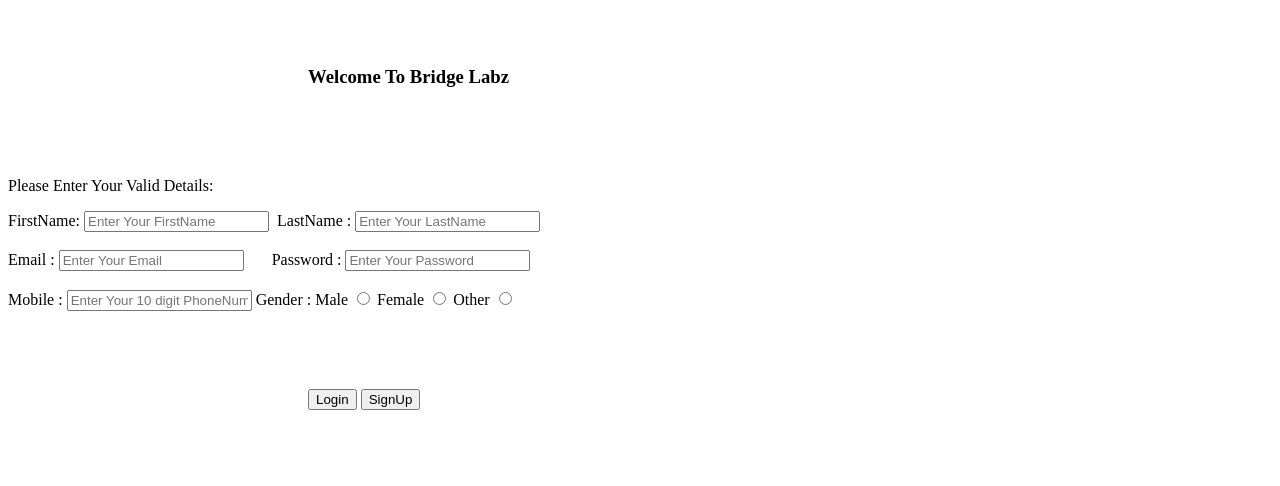
Repository: msibgathulla9980/Servlet
Page: LoginRegistrationApp/WebContent/Registration.html
An editor plug-in stored every save of this project. The page is shown before and after a run of saves, followed by the edit.
The browser window is 1280 px wide. The pictures show the whole page.

Above is the page before, as saved 2019-01-22 12:33:49.

After the next 2 saves:
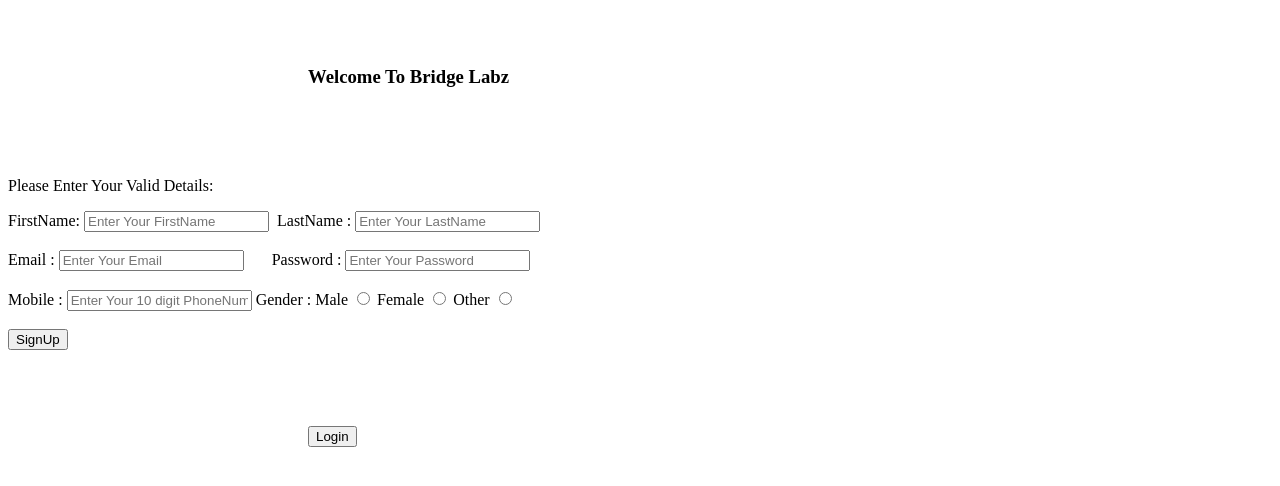
The 2 saves are shown as one change because they came seconds apart.
The last was saved 44 s later.
--- a/LoginRegistrationApp/WebContent/Registration.html
+++ b/LoginRegistrationApp/WebContent/Registration.html
@@ -18,8 +18,8 @@
  <input type="radio" name="gender" id="female" value="female" >
   <label for="other">Other</label>
  <input type="radio" name="gender" id="other" value="other" ><br><br>
- <object align="middle"></object><a href="login.html"></a><input type="submit" value="Login"/>
 <input type="submit" value="SignUp"/>
 </form>
+ <object align="middle"></object><a href="login.html"></a><input type="submit" value="Login"/>
 </body>
 </html>
